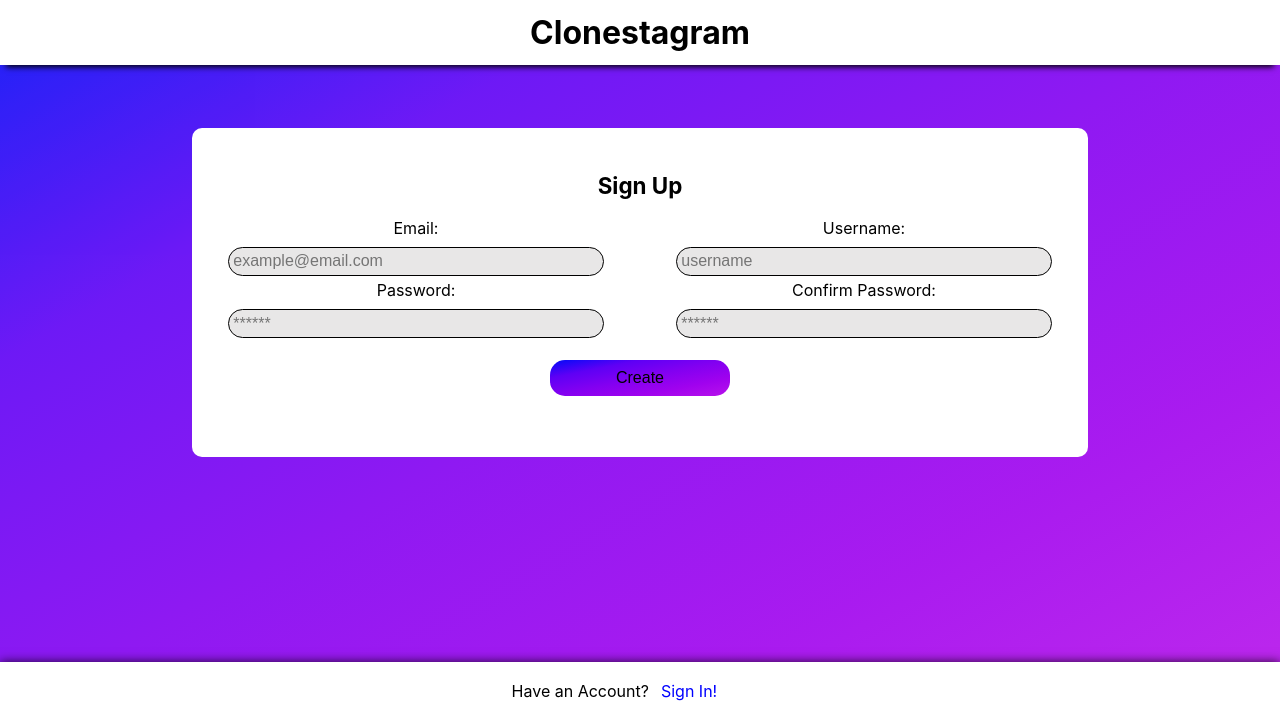
Repository: MikeMoore55/clonestagram
Page: /signup
An editor plug-in stored every save of this project. The page is shown before and after the next save, followed by the edit.
The browser window is 1280 px wide. The pictures show the whole page.
The page's requests for data from a server got no answer. The project was rebuilt for these pictures with package versions that can differ from the ones it lists, and the page was loaded fresh each time. The framework's server and built-in components were replaced by stand-ins that run in the browser. No one was signed in, and anything a server would have sent is missing. Also part of the build but not shown: next.config.js.

Above is the page before, as saved 2022-11-18 09:10:35.

### pages/_app.jsx
import Layout from '../components/Layout/Layout';
import '../styles/globals.css';

export default function MyApp({ Component, pageProps }) {
  return (
    <Layout>
      <Component {...pageProps} />
    </Layout>
  );
};

### pages/signup.jsx
import React from 'react';
import SignUpForm from '../components/Auth/SignUpForm';

export default function signup() {
    return (
        <div>
            <SignUpForm/>
        </div>
    );
};

### components/Layout/Layout.jsx
import React from 'react';
import Header from './Header';

export default function Layout({children}) {
  return (
    <div id='Layout'>
      <Header />
      {children}
    </div>
  );
};

### styles/globals.css
html,
body {
  padding: 0;
  margin: 0;
  font-family: -apple-system, BlinkMacSystemFont, Segoe UI, Roboto, Oxygen,
    Ubuntu, Cantarell, Fira Sans, Droid Sans, Helvetica Neue, sans-serif;
}

a {
  color: inherit;
  text-decoration: none;
}

* {
  box-sizing: border-box;
}

@media (prefers-color-scheme: dark) {
  html {
    color-scheme: dark;
  }

  body {
    color: black;
    background: rgb(234, 233, 233);
  }
}

### components/Auth/SignUpForm.jsx
import React, { useState } from 'react';
import { useRouter } from 'next/router';
import Link from 'next/link';
import { SupaBaseDB } from '../../utils/dbconnect';
import styles from '../../styles/SignUp.module.css'

export default function SignUpForm() {

    const router = useRouter();

    const [email, setEmail] = useState('');
    const [password, setPassword] = useState('');
    const [confirmPassword, setConfirmPassword] = useState('');
    const [username, setUsername] = useState('');

    const [errMsg, setErrMsg] = useState('');

    const createAccount = async (event) => {
        event.preventDefault();

        if (confirmPassword == '' && password == '' && username == '' && confirmPassword == '') {
            setErrMsg('fields cannot be blank');
        }
        else if (confirmPassword !== password) {
            setErrMsg('passwords dont match, try again');
            setPassword('');
            setConfirmPassword('');
        }
        else {
            const res = await SupaBaseDB
                .from("account")
                .insert([
                    {
                        email: email,
                        password: password,
                        username: username,
                    }
                ]);
            if (res.error) {
                setErrMsg(JSON.stringify(res.error));
            }
            else {
                setErrMsg('');
                router.push("/signin"); // when successful take them to 'signin'
            };
        };
    };

    return (
        <div className={styles.container}>

            <form onSubmit={createAccount} className={styles.signUpForm}>

                <h2 className={styles.heading}>
                  Sign Up
                </h2>

                <div className={styles.inputAreas}>
                    <div>
                        <label className={styles.label}>
                            Email:
                        </label>
                        <input
                        type='text'
                        className={styles.input}
                        value={email}
                        onChange={(e) => setEmail(e.target.value)}
                        placeholder='example@email.com'/>
                    </div>
                    <div>
                        <label className={styles.label}>
                        Username:
                        </label>
                        <input
                        type='text'
                        className={styles.input}
                        value={username}
                        onChange={(e) => setUsername(e.target.value)}
                        placeholder='username'/>
                    </div>
                    <div>
                        <label className={styles.label}>
                            Password:
                        </label>
                        <input
                        type='password'
                        className={styles.input}
                        value={password}
                        onChange={(e) => setPassword(e.target.value)}
                        placeholder='******'/>
                    </div>
                    <div>
                        <label className={styles.label}>
                            Confirm Password:
                        </label>
                        <input
                        type='password'
                        className={styles.input}
                        value={confirmPassword}
                        onChange={(e) => setConfirmPassword(e.target.value)}
                        placeholder='******'/>
                    </div>
                </div>

                <button type='submit' className={styles.btn}>
                    Create
                </button>

                <p className={styles.errMsg}>
                    {errMsg}
                </p>

            </form>

            <div className={styles.backgroundFeature}>
                1
            </div>

            <div className={styles.signInSection}>
                Have an Account?
                <span className={styles.signInText}>
                    <Link href={'/signin'}>
                        Sign In!
                    </Link>
                </span>
            </div>

        </div>
    );
};

### components/Layout/Header.jsx
import React from 'react';
import styles from '../../styles/Header.module.css';

export default function Header() {
    return (
        <header className={styles.header}>
            <h1>Clonestagram</h1>
        </header>
    );
};

### utils/dbconnect.js
import { createClient } from "@supabase/supabase-js";

const supabaseUrl = process.env.NEXT_PUBLIC_SUPABASE_URL;
const supabaseApi = process.env.NEXT_PUBLIC_SUPABASE_API_KEY;

export const SupaBaseDB = createClient(supabaseUrl, supabaseApi);

### styles/SignUp.module.css
.container {
    position: relative;
    padding-top: 20%;
}

.signUpForm {
    position: relative;
    padding: 2% 0% 3% 0%;
    width: 80%;
    margin: 5% 10% 5% 10%;
    text-align: center;
    background-color: white;
    border-radius: 10px;
}

.heading {
    position: relative;
    text-align: center;
    font-size: 1.6em;
}

.label {
    position: relative;
    text-align: center;
    font-size: 1.1em;
}

.input {
    position: relative;
    margin: 5% 10% 5% 10%;
    width: 80%;
    background-color: rgb(232, 231, 231);
    border: solid 1px black;
    border-radius: 10px;
    font-size: 1em;
    padding: 1%;
    color: gray;
}

.input:active {
    border: 1px blue solid;
    transform: scale(1.1);
}

.input:hover {
    border: 1px blue solid;
    transform: scale(1.1);
}

.errMsg {
    position: relative;
    color: red;
}

.btn {
    position: relative;
    border: none;
    background-image: linear-gradient(to right bottom, #000bf8, #5e00f5, #8300f1, #a002ee, #b812eb);
    border-radius: 10px;
    padding: 2% 2% 2% 2%;
    width: 40%;
    margin: 1% 30% 1% 30%;
    font-size: 1em;
}

.btn:active {
    transform: scale((0.9));
}

.backgroundFeature {
    position: fixed;
    color: transparent;
    background-image: linear-gradient(to right bottom, #000bf8, #5e00f5, #8300f1, #a002ee, #b812eb);
    width: 100%;
    height: 100%;
    bottom: 0%;
    right: 0%;
    top: 0%;
    left: 0%;
    z-index: -1;
    opacity: 0.9;
}

.signInSection {
    position: fixed;
    width: 100%;
    bottom: 0%;
    left: 0%;
    right: 0%;
    box-shadow: 0px 0 10px rgba(0, 0, 0, 0.8);
    padding: 5% 5% 5% 5%;
    background-color: white;
    text-align: center;
}

.signInText {
    position: relative;
    color: blue;
    margin-left: 2%;
}

@media (min-width: 490px) {
    .container {
        padding-top: 17%;
    }

    .signUpForm {
        padding: 2% 0% 3% 0%;
        margin: 3% 10% 5% 10%;
    }

    .heading {
        font-size: 2.2em;
    }

    .label {
        font-size: 1.5em;
    }

    .input {
        margin: 3% 10% 4% 10%;
        font-size: 1.3em;
        padding: 1%;
        border-radius: 15px;
    }

    .errMsg {
        font-size: 1.3em;
    }

    .btn {
        margin: 1% 30% 1% 30%;
        font-size: 1.5em;
        border-radius: 15px;
    }

    .signInSection {
        padding: 4% 5% 4% 5%;
        font-size: 1.4em;
    }

    .signInText {
        position: relative;
        color: blue;
        margin-left: 2%;
    }
}

@media (min-width: 1000px) {
    .container {
        padding-top: 8%;
    }

    .signUpForm {
        padding: 2% 0% 1% 0%;
        margin: 2% 15% 1% 15%;
        width: 70%;
    }

    .heading {
        font-size: 1.4em;
    }

    .inputAreas {
        position: relative;
        display: grid;
        grid-template-columns: 50% 50%;
        width: 100%;
    }

    .label {
        font-size: 1em;
    }

    .input {
        margin: 2% 8% 1% 8%;
        width: 84%;
        font-size: 1em;
        padding: 1%;
    }

    .errMsg {
        font-size: 1em;
        margin-bottom: 5%;
    }

    .btn {
        margin: 2% 40% 0.32% 40%;
        width: 20%;
        font-size: 1em;
        padding: 1% 1% 1% 1%;
    }

    .signInSection {
        padding: 1.5% 5% 1.5% 1%;
        font-size: 1em;
    }

    .signInText {
        position: relative;
        color: blue;
        margin-left: 1%;
    }
}

### styles/Header.module.css
.header {
    position: fixed;
    top: 0%;
    left: 0%;
    right: 0%;
    width: 100%;
    text-align: center;
    background-color: white;
    box-shadow: 0 8px 6px -6px black;
    z-index: 5;
    margin: 0%;
    padding: 3.5%;
}

.header h1 {
    margin: 0%;
    padding: 0%;
}


@media (min-width: 490px) {
    .header {
        padding: 3%;
    }

    .header h1 {
        font-size: 2.7em;
    }
}

@media (min-width: 1000px) {
    .header {
        padding: 1%;
    }

    .header h1 {
        font-size: 2em;
    }
}

After the next save:
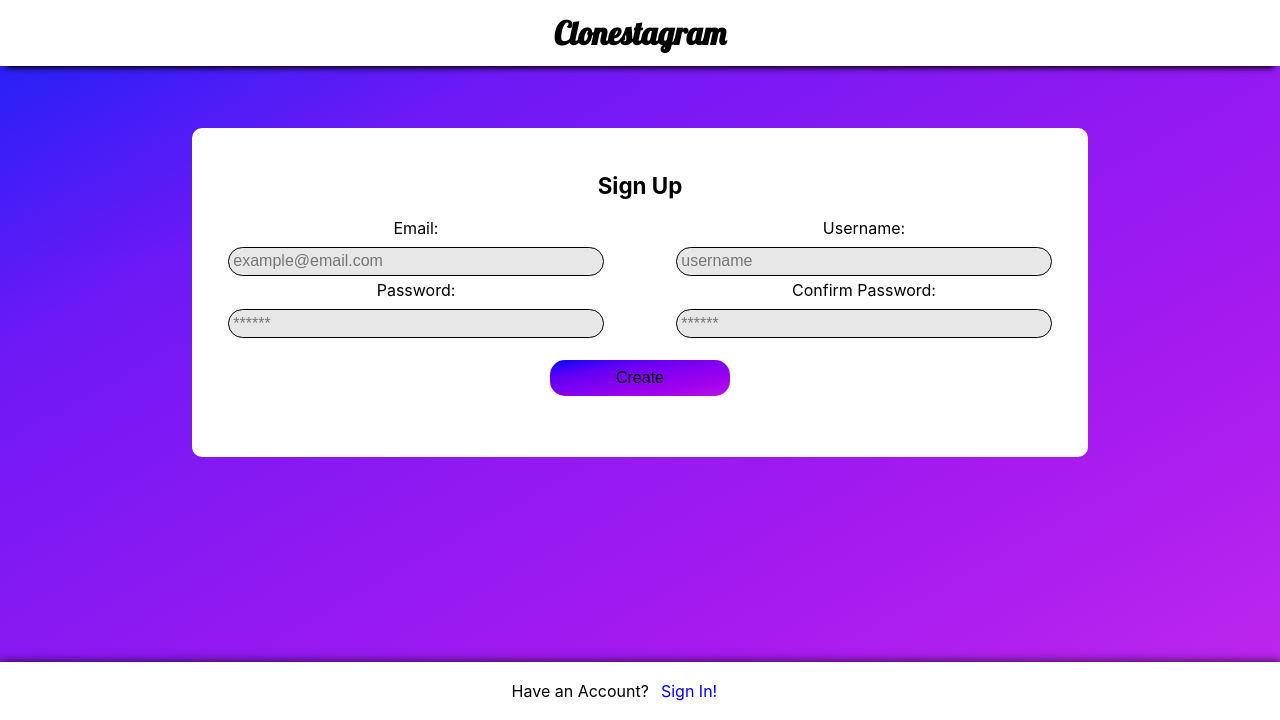
Saved 2 days later.
--- a/styles/Header.module.css
+++ b/styles/Header.module.css
@@ -1,3 +1,8 @@
+@font-face {
+    font-family: 'Lobster';
+    src: url(../assets/Lobster/Lobster-Regular.ttf);
+}
+
 .header {
     position: fixed;
     top: 0%;
@@ -15,6 +20,7 @@
 .header h1 {
     margin: 0%;
     padding: 0%;
+    font-family: 'Lobster', cursive;
 }
 
 
